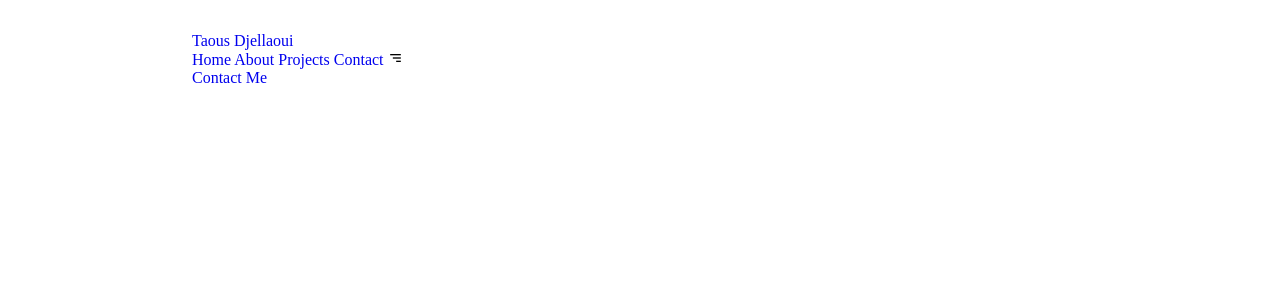
Repository: taousdjellaoui/portfolio-
Page: portfolio/index.html
An editor plug-in stored every save of this project. The page is shown before and after the next save, followed by the edit.
The browser window is 1280 px wide. The pictures show the whole page.

Above is the page before, as saved 2024-09-23 20:31:26.

After the next save:
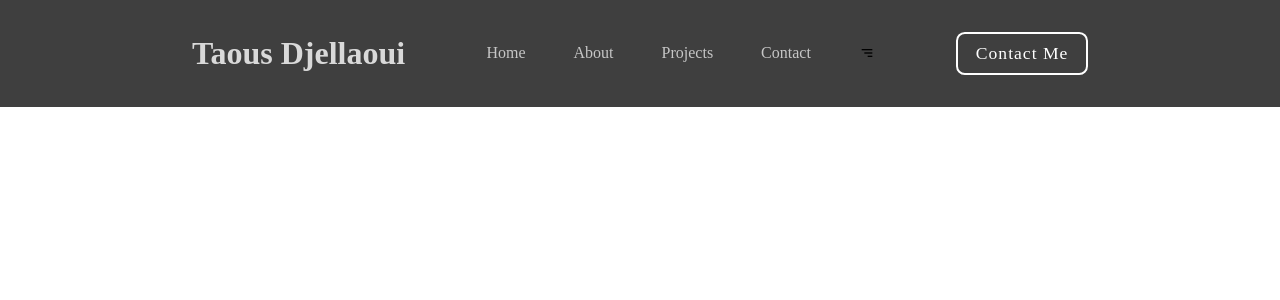
Saved 9 min 7 s later.
--- a/portfolio/style.css
+++ b/portfolio/style.css
@@ -20,4 +20,48 @@
 top:0;
 width: 100%;
 padding: 2em 15%;
+display: flex;
+align-items: center;
+justify-content: space-between;
+background-color:rgba(15,15,15,0.8);
+backdrop-filter: blur(10px);
+z-index: 1000;
 }
+ul{
+  display:flex;
+  align-items: center;
+  gap: 3em;
+
+}
+nav ul a{
+  color: white;
+  opacity: 0.7;
+  transition:0.2s ease-in-out;
+}
+nav ul a:hover{
+  opacity: 1;
+
+}
+.logo{
+  font-size:2em;
+  color: white;
+  font-weight: 800;
+  opacity: 0.8;
+  transition: 0.2s ease-in-out;
+
+}
+.logo:hover{
+  opacity: 1;
+}
+.btn{
+  padding : 0.5em 1em;
+  color : white;
+  font-weight: 500;
+  letter-spacing:1px ;
+  border-radius: 0.5em;
+  font-size: 1.1em;
+  border: 2px solid white;
+  cursor: pointer;
+
+
+}
